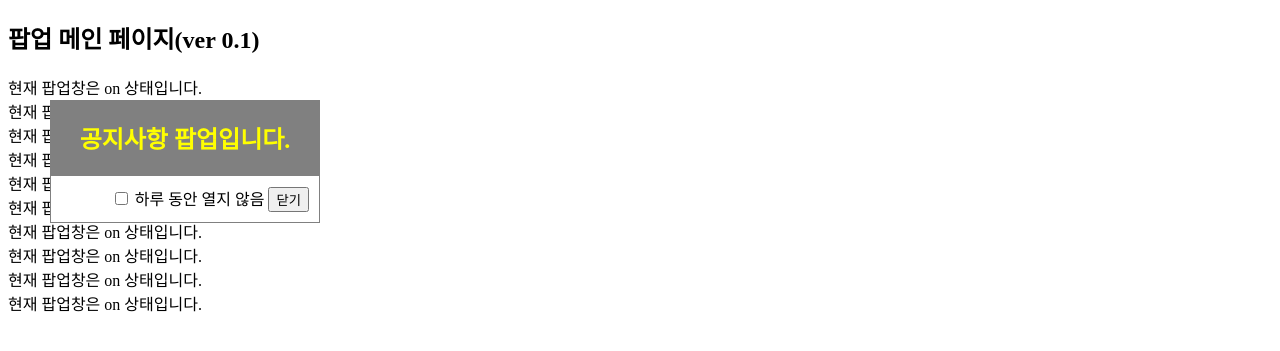
Repository: kimeuiyeob/KOPO_JSP_Study_2
Page: http://localhost/JspStudy/04Cookie/PopupMain.jsp
An editor plug-in stored every save of this project. The page is shown before and after the next save, followed by the edit.
The browser window is 1280 px wide. The pictures show the whole page.
The page is served by Tomcat 9. Other server files are loaded and not shown.

Above is the page before, as saved 2023-06-19 05:36:51.

### JspStudy/src/main/webapp/04Cookie/PopupMain.jsp
<%@ page language="java" contentType="text/html; charset=UTF-8" pageEncoding="UTF-8"%>
<!DOCTYPE html>

<%
String popupMode = "on";

Cookie[] cookies = request.getCookies();
if (cookies != null) {
	for (Cookie c : cookies) {
		String cookieName = c.getName();
		String cookieVal = c.getValue();
		if (cookieName.equals("popupMode")) {
	popupMode = cookieVal;
		}
	}
}
%>


<html>
<head>
<meta charset="UTF-8">
<title>쿠키를 이용한 팝업 관리 ver 0.1</title>
<style>
div#popup {
	position: absolute;
	top: 100px;
	left: 50px;
	color: yellow;
	width: 270px;
	height: 100px;
	background-color: gray;
}

div#popup>div {
	position: relative;
	background-color: #ffffff;
	top: 0px;
	border: 1px solid gray;
	padding: 10px;
	color: black;
}
</style>

<script src="https://ajax.googleapis.com/ajax/libs/jquery/3.5.1/jquery.min.js"></script>
<script>
	$(function() {
		$('#closeBtn').click(function() {
			$('#popup').hide();

			//해당 체크박스가 체크가 되있을시에만 밸류 1을 가져오고 아니면 undifiend를 가져온다.
			var chkVal = $("input:checkbox[id=inactiveToday]:checked").val();
			console.log("값 : " + chkVal);

			$.ajax({
				url : "./PopupCookie.jsp",
				type : "post",
				data : {
					checkStatus : chkVal
				},
				success : function(resp) {
					/* if (resp != "") {
						location.reload();
					} */
				}
			})

		});
	});
</script>
</head>
<body>

	<h2>팝업 메인 페이지(ver 0.1)</h2>

	<%
	for (int i = 1; i <= 10; i++) {
		out.print("현재 팝업창은 " + popupMode + " 상태입니다.<br/>");
	}

	if (popupMode.equals("on")) {
	%>

	<div id="popup">
		<h2 align="center">공지사항 팝업입니다.</h2>
		<div align="right">
			<form name="popFrm">
				<input type="checkbox" id="inactiveToday" value="1" /> 하루 동안 열지 않음 <input type="button" value="닫기" id="closeBtn" />
			</form>
		</div>
	</div>

	<%
	}
	%>

</body>
</html>

After the next save:
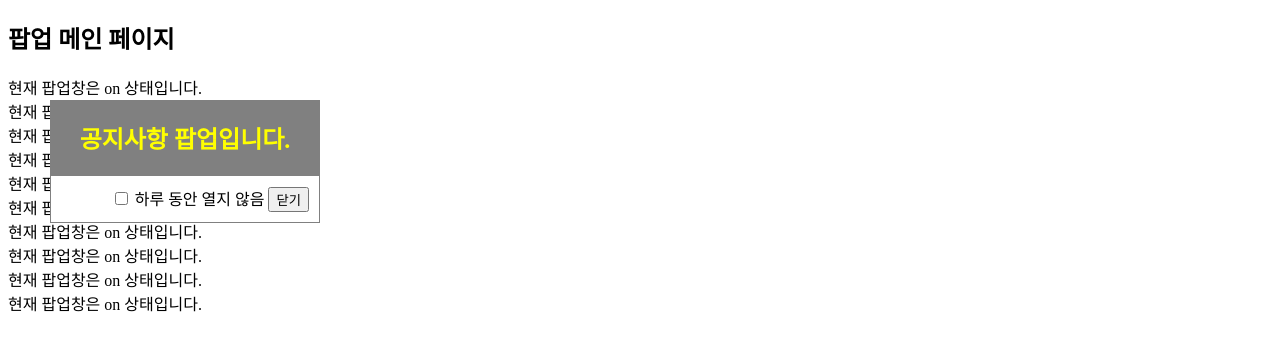
Saved 2 min 42 s later.
--- a/JspStudy/src/main/webapp/04Cookie/PopupMain.jsp
+++ b/JspStudy/src/main/webapp/04Cookie/PopupMain.jsp
@@ -71,7 +71,7 @@ div#popup>div {
 </head>
 <body>
 
-	<h2>팝업 메인 페이지(ver 0.1)</h2>
+	<h2>팝업 메인 페이지</h2>
 
 	<%
 	for (int i = 1; i <= 10; i++) {
